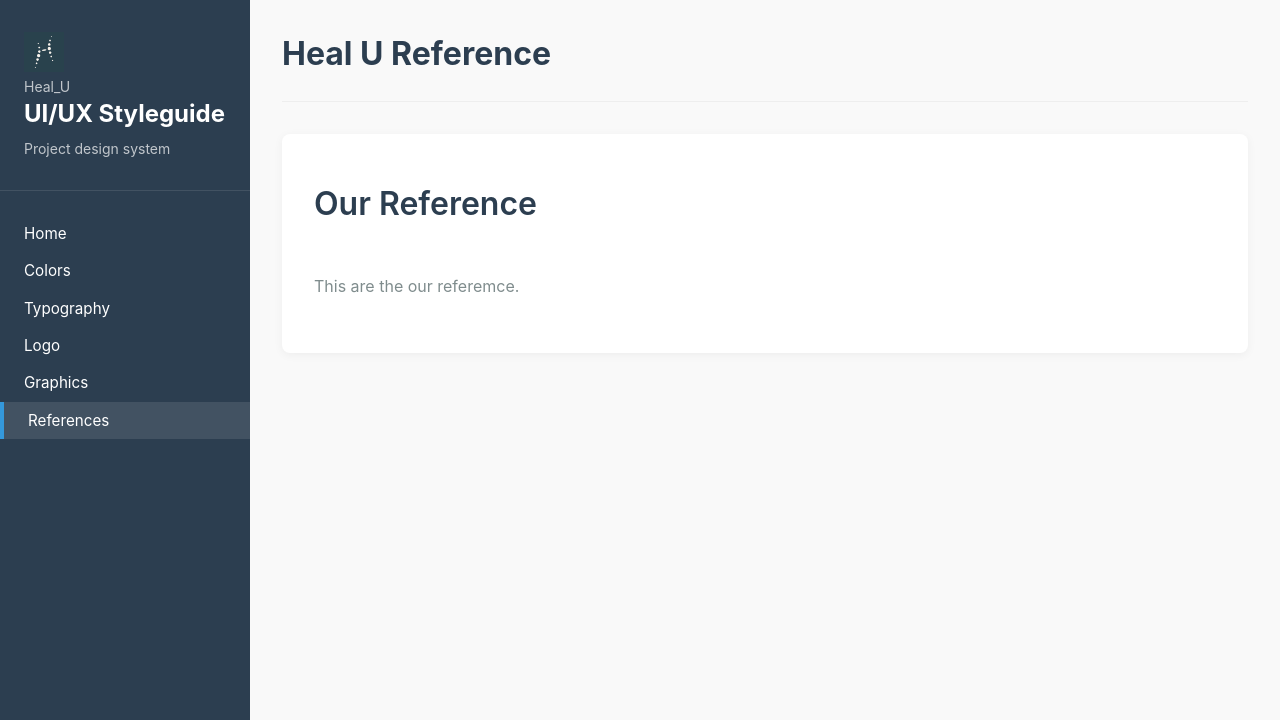
Repository: rosielee09/Heal_U
Page: references.html
The author's editor kept a copy of each file at every save. The page is drawn from the files as they stood at one save, then again after the next save.
The browser window is 1280 px wide. The pictures show the whole page.

Above is the page before, as saved 2025-04-06 11:05:50.

After the next save:
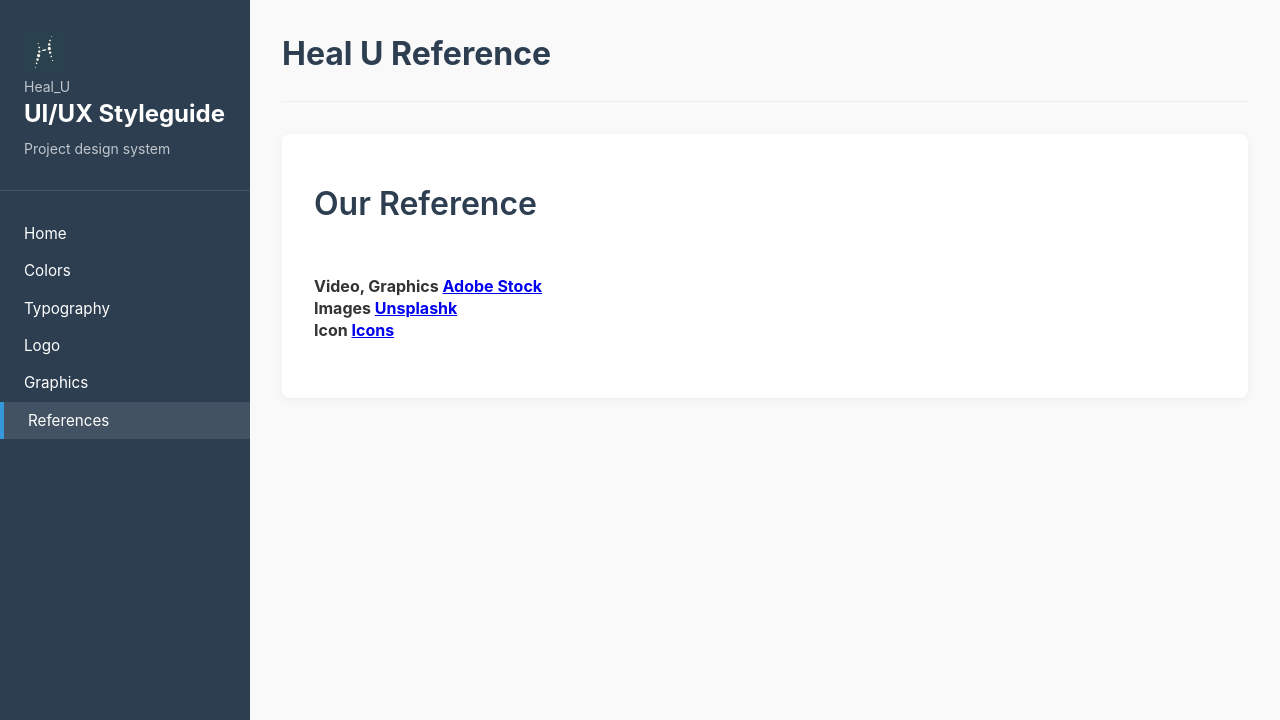
Saved 2 s later.
--- a/references.html
+++ b/references.html
@@ -3,6 +3,7 @@
 <head>
     <meta charset="UTF-8">
     <meta name="viewport" content="width=device-width, initial-scale=1.0">
+    <link rel="icon" type="image/png" sizes="16x16" href="/favicon-16x16.png">
     <link rel="stylesheet" href="styles.css">
     <title>Heal_U Styleguide</title>
 </head>
@@ -37,7 +38,12 @@
             <div class="component">
                 <div class="component-header">
                     <h3 class="component-title">Our Reference</h3>
-                    <p class="component-description">This are the our referemce.</p>
+                    <h4 class="reference--list">Video, Graphics
+                        <a href="https://stock.adobe.com/ca/" class="reference-link">Adobe Stock</a></h4>
+                    <h4 class="reference--list">Images
+                            <a href="https://unsplash.com/ko" class="reference-link">Unsplashk</a></h4>
+                    <h4 class="reference--list">Icon
+                        <a href="https://icons8.com/" class="reference-link">Icons</a></h4>
                 </div>
                 <div class="component-content">
                 </div>
